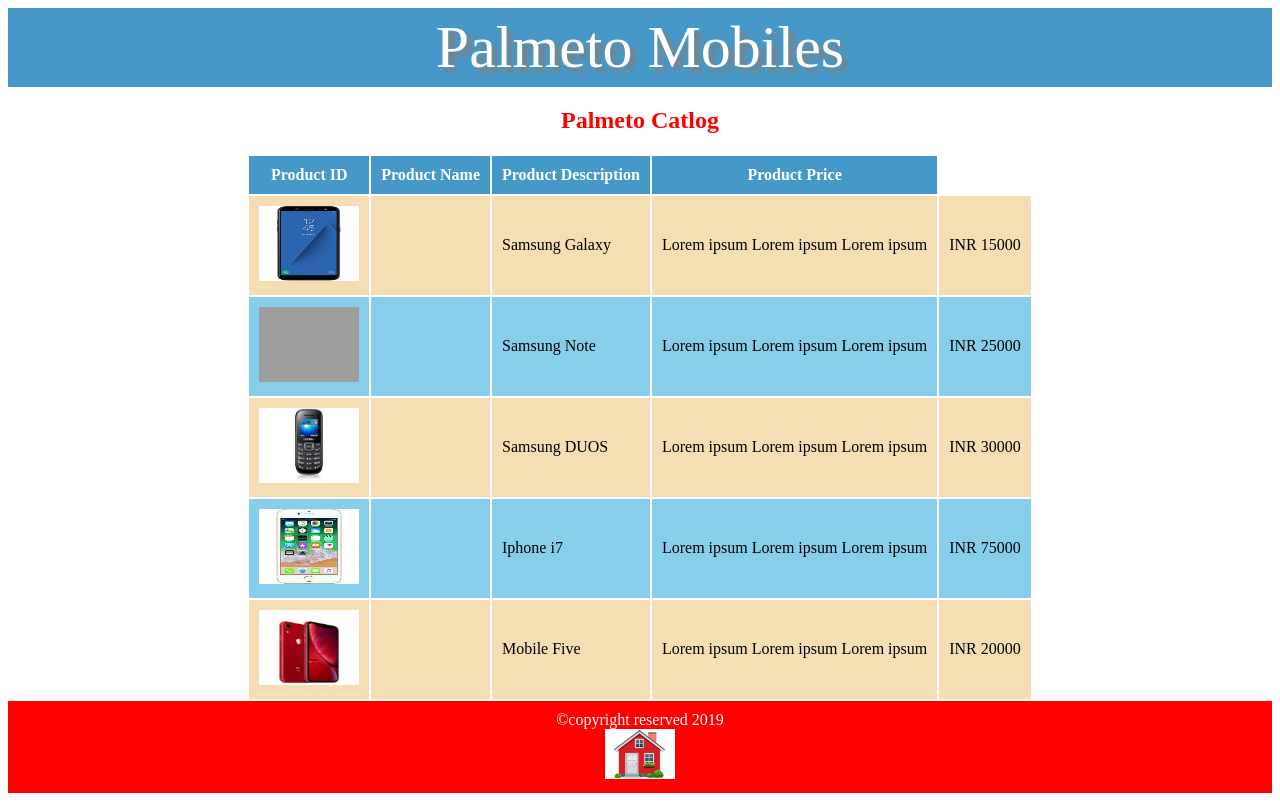
Repository: abhishekj720/HSBCLearn
Page: gagan/JEE/HtmlCssDemo/WebContent/Catlog.html
These files come from the project's save history. The page is drawn as it stood at one moment and after the next save; the edit follows.
The browser window is 1280 px wide. The pictures show the whole page.
Pictures or frames that could not be fetched are drawn as grey boxes.

Above is the page before, as saved 2019-07-29 07:57:09.

### gagan/JEE/HtmlCssDemo/WebContent/Catlog.html
<!DOCTYPE html>
<html>
<head>
<meta charset="UTF-8">
<title>Palmeto - Catlog</title>
<link href="hsbc.css" rel= "stylesheet">
<link href="Catlog.css" rel= "stylesheet">
<link href = "images/logo.png" rel = "icon">


</head>
<body>

<header>
	Palmeto Mobiles
</header>

<article>
	<h2>Palmeto Catlog</h2>
	<table>
	<thead>
	<tr>
	<th>Product ID</th>
	<th>Product Name</th>
	<th>Product Description</th>
	<th>Product Price</th>
	</tr>
	</thead>

	<tbody>
	<tr>
	<td><img src = "images/mobile1.jpg"/><td>
	<td>Samsung Galaxy</td>
	<td>Lorem ipsum Lorem ipsum Lorem ipsum</td>
	<td>INR 15000</td>
	</tr>

	<tr>
	<td><img src = "images/mobile2.jpg"/><td>
	<td>Samsung Note</td>
	<td>Lorem ipsum Lorem ipsum Lorem ipsum</td>
	<td>INR 25000</td>
	</tr>

	<tr>
	<td><img src = "images/mobile3.jpg"/><td>
	<td>Samsung DUOS</td>
	<td>Lorem ipsum Lorem ipsum Lorem ipsum</td>
	<td>INR 30000</td>
	</tr>

	<tr>
	<td><img src = "images/mobile4.jpg"/><td>
	<td>Iphone i7</td>
	<td>Lorem ipsum Lorem ipsum Lorem ipsum</td>
	<td>INR 75000</td>
	</tr>

	<tr>
	<td><img src = "images/mobile5.jpg"/><td>
	<td>Mobile Five</td>
	<td>Lorem ipsum Lorem ipsum Lorem ipsum</td>
	<td>INR 20000</td>
	</tr>

	</tbody>
	</table>

</article>
<footer>
	<div>&copy;copyright reserved 2019</div>
	<a href="home.html"><img src="images/home.jpg"/></a>
</footer>







</body>
</html>

### gagan/JEE/HtmlCssDemo/WebContent/hsbc.css
header, footer{
	text-align:center;
}
/* only for images under footer */

header{
	background-color: #4698c8;
	color:white;
	text-shadow: 5px 5px 5px gray;
	font-family: cursive;
	padding:5px;
	font-size: 60px;
}

footer{
	/* background-color: #C0C0C0; */

	background-color: red;
	/*background-image: linear-gradient(red, yellow, green);*/
	padding:10px;
	color:white

}


footer img{
	height:50px;
	width:70px;
}

/* so that footer is at bottom regardless of the content in middle of the page*/
article{
	min-height : 520px
}


article h2{
	text-align:center;
	color:Red;
}

### gagan/JEE/HtmlCssDemo/WebContent/Catlog.css
table{
	margin:0px auto;  /* centering the block element */
	border-collapse: collapse: /*cellspacing - 0*/

}

table img{
	height: 75px;
	width: 100px;

}

th, td{
	padding: 10px;
}

thead tr{
	background-color: #4698c8;
	color: white;

}

/* pseudo selector starts with colon*/
tbody tr:nth-child(odd){
	background-color: wheat;
}

tbody tr:nth-child(even){
	background-color: #87ceeb;
}


thead tr:hover, tbody tr:hover, tfoot tr:hover {
	background-color: orange;
}

After the next save:
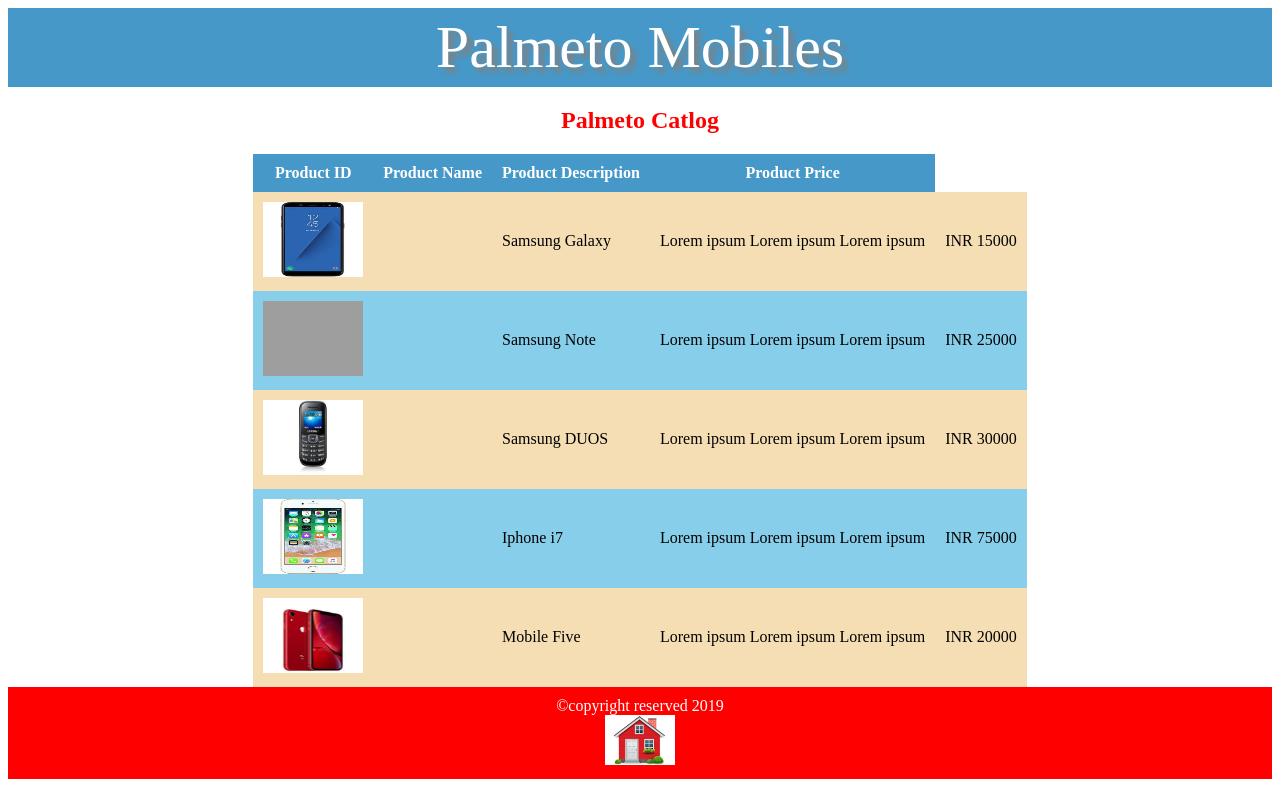
Saved 9 s later.
--- a/gagan/JEE/HtmlCssDemo/WebContent/Catlog.css
+++ b/gagan/JEE/HtmlCssDemo/WebContent/Catlog.css
@@ -1,6 +1,6 @@
 table{
 	margin:0px auto;  /* centering the block element */
-	border-collapse: collapse: /*cellspacing - 0*/
+	border-collapse: collapse; /*cellspacing - 0*/
 
 }
 
